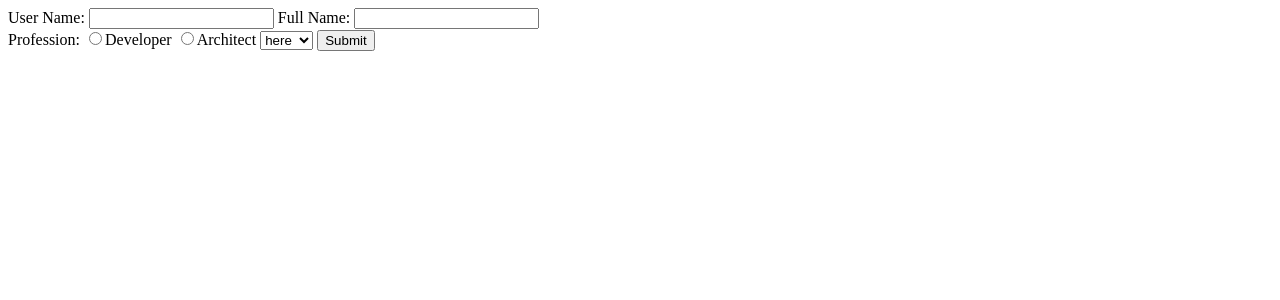
Repository: Yogi-Choudhary/AdvancedJava
Page: SimpalServletPjt/WebContent/index.html
An editor plug-in stored every save of this project. The page is shown before and after the next save, followed by the edit.
The browser window is 1280 px wide. The pictures show the whole page.

Above is the page before, as saved 2019-06-20 14:53:16.

After the next save:
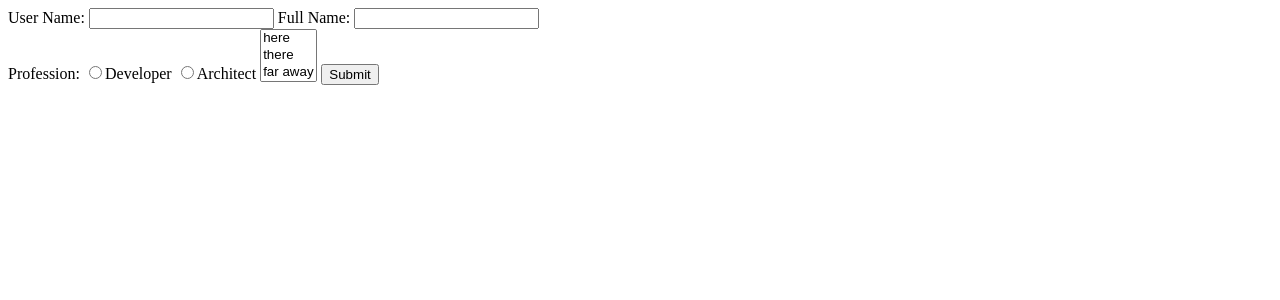
Saved 4 min 25 s later.
--- a/SimpalServletPjt/WebContent/index.html
+++ b/SimpalServletPjt/WebContent/index.html
@@ -12,9 +12,12 @@
       Profession:
       <input type="radio" name="prof" value="Developer">Developer</input>
       <input type="radio" name="prof" value="Architect">Architect</input>
-      <select name="location">
+      <select name="location" multipe size=3>
         <option value="here">here</option>
         <option value="there">there</option>
+        <option value="far">far away</option>
+        <option value="near">near</option>
+        <option value="nowhere">nowhere</option>
       </select>
     <input type="submit"/>
   </form>
